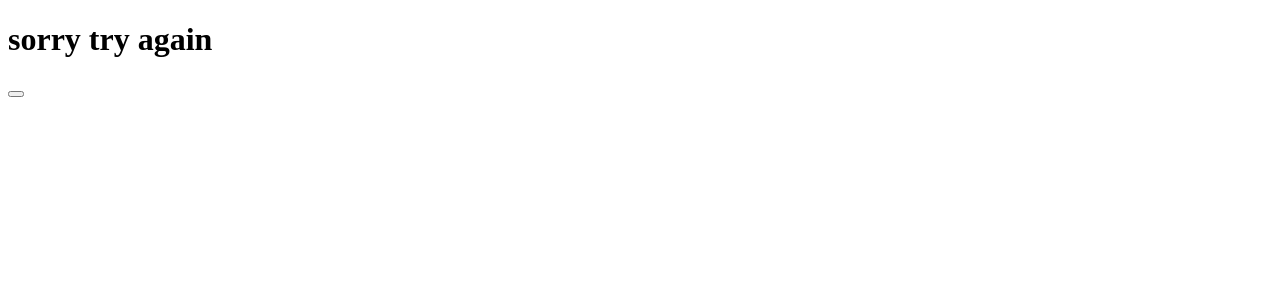
Repository: mjcanon4/mailchimp-sign-up-functional
Page: failure.html
These files come from the project's save history. The page is drawn as it stood at one moment and after the next save; the edit follows.
The browser window is 1280 px wide. The pictures show the whole page.

Above is the page before, as saved 2021-02-18 14:55:55.

### failure.html
<!DOCTYPE html>
<html lang="en">
  <head>
    <meta charset="UTF-8" />
    <meta name="viewport" content="width=device-width, initial-scale=1.0" />
    <title>Document</title>
  </head>
  <body>
    <h1>sorry try again</h1>
    <form action="/failure.html" method="POST">
      <button></button>
    </form>
  </body>
</html>

After the next save:
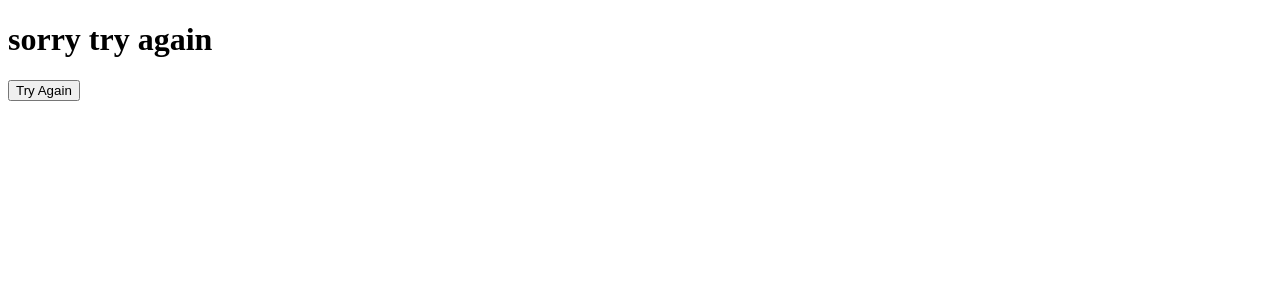
Saved 10 s later.
--- a/failure.html
+++ b/failure.html
@@ -8,7 +8,7 @@
   <body>
     <h1>sorry try again</h1>
     <form action="/failure.html" method="POST">
-      <button></button>
+      <button>Try Again</button>
     </form>
   </body>
 </html>
